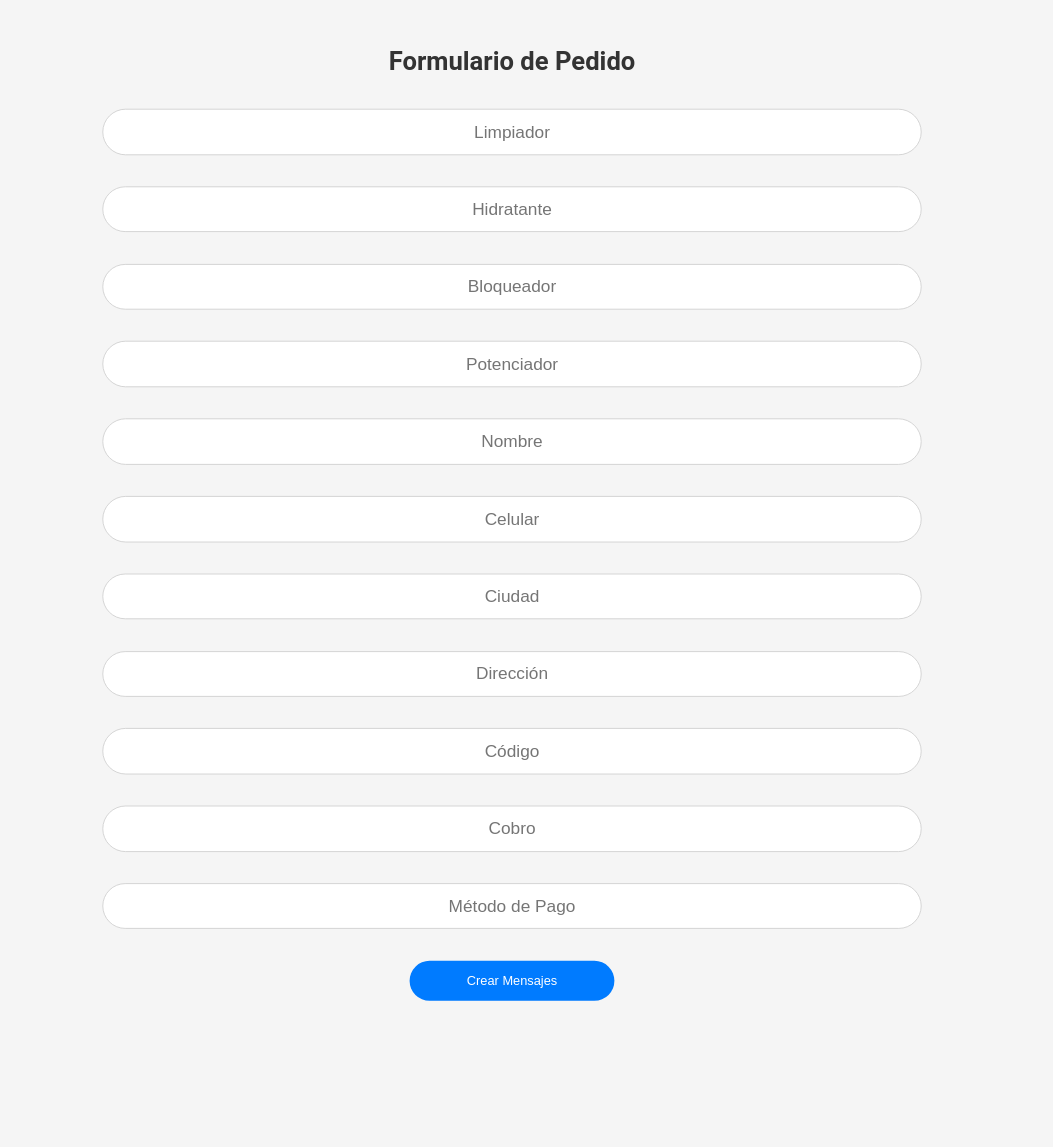
Repository: aCoupon0/intranet
Page: 1/venta-1.html
An editor plug-in stored every save of this project. The page is shown before and after the next save, followed by the edit.
The browser window is 1280 px wide. The page is 1316 px wide, so the pictures cover 1316 px, including what lies to the right of the window. The pictures show the whole page, at 80% of full size.

Above is the page before, as saved 2024-12-09 12:17:50.

After the next save:
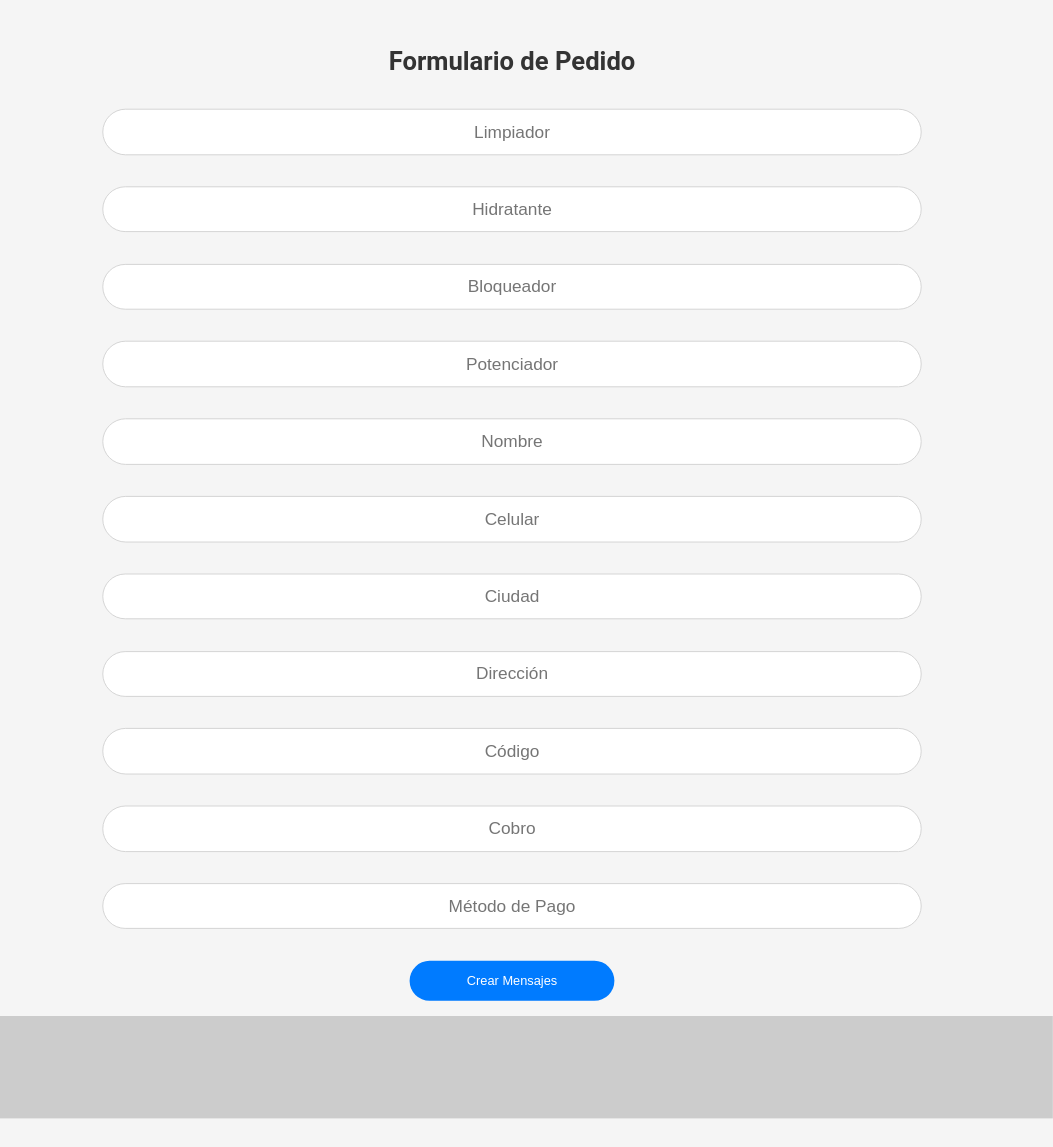
Saved 20 s later.
--- a/css/venta.css
+++ b/css/venta.css
@@ -49,4 +49,8 @@ input {
     width: 100%;
     height: auto;
     padding: 5% 5vh 5% 5vh;
+    display: flex;
+    justify-content: center;
+    align-content: center;
+    background-color: #ccc;
 }
